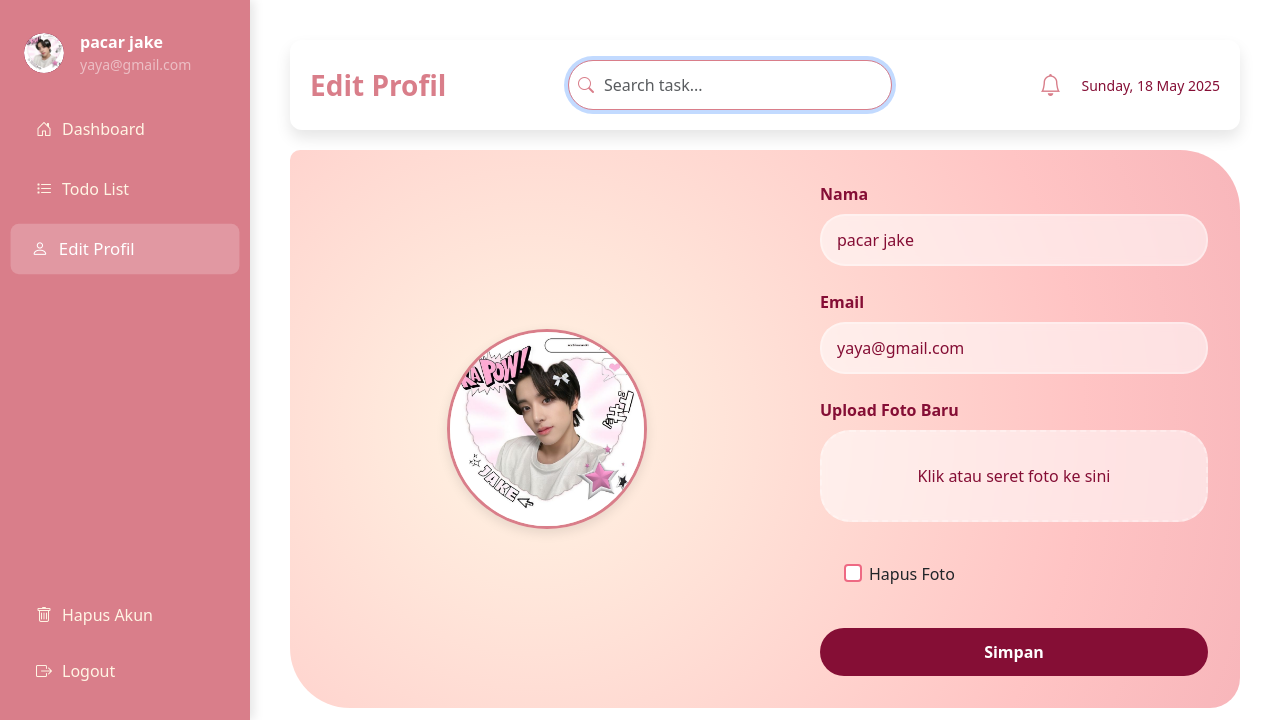
Repository: zhr-nabila/FloTime
Page: http://localhost/profile.php
An editor plug-in stored every save of this project. The page is shown before and after a run of saves, followed by the edit.
The browser window is 1280 px wide. The pictures show the whole page.
The first visible `.header .search-bar input` has the focus.
The page is run by PHP 8.4 with error messages shown; the project is at /var/www/html/. The session is filled in as if someone had signed in: {"email": "yaya@gmail.com", "status": "login", "user_id": 2}. Other server files are loaded and not shown. The database holds what the project's SQL file puts in it.

Above is the page before, as saved 2025-05-18 22:12:07.

### profile.php
<?php
session_start();
include 'koneksi.php';

if (!isset($_SESSION['email'])) {
    header("Location: login.php");
    exit;
}

$email = $_SESSION['email'];
$activePage = 'profile';

// Ambil data user
$query = mysqli_query($conn, "SELECT * FROM users WHERE email = '$email'");
$user = mysqli_fetch_assoc($query);

// Proses update
if ($_SERVER["REQUEST_METHOD"] == "POST") {
    $new_name = mysqli_real_escape_string($conn, $_POST['name']);
    $new_email = mysqli_real_escape_string($conn, $_POST['email']);
    $photo_name = $user['photo']; // default photo lama

    // Upload foto jika ada
    if (isset($_FILES['photo']) && $_FILES['photo']['error'] == 0) {
        $allowed = ['jpg', 'jpeg', 'png', 'gif'];
        $ext = strtolower(pathinfo($_FILES['photo']['name'], PATHINFO_EXTENSION));
        if (in_array($ext, $allowed)) {
            $filename = uniqid() . '.' . $ext;
            move_uploaded_file($_FILES['photo']['tmp_name'], 'uploads/' . $filename);
            // Hapus file lama
            if ($user['photo'] && file_exists('uploads/' . $user['photo'])) {
                unlink('uploads/' . $user['photo']);
            }
            $photo_name = $filename;
        }
    }

    // Hapus foto jika dipilih
    if (isset($_POST['delete_photo']) && $user['photo']) {
        if (file_exists('uploads/' . $user['photo'])) {
            unlink('uploads/' . $user['photo']);
        }
        $photo_name = null;
    }

    $update = mysqli_query($conn, "UPDATE users SET name='$new_name', email='$new_email', photo=" . ($photo_name ? "'$photo_name'" : "NULL") . " WHERE email='$email'");

    if ($update) {
        $_SESSION['email'] = $new_email;
        header("Location: profile.php");
        exit;
    } else {
        $error = "Gagal memperbarui profil.";
    }
}
?>

<!DOCTYPE html>
<html lang="id">

<head>
    <meta charset="UTF-8">
    <title>Edit Profil</title>
    <link rel="stylesheet" href="css/style.css">
    <link rel="stylesheet" href="css/profile.css">
    <link href="https://cdn.jsdelivr.net/npm/bootstrap@5.3.3/dist/css/bootstrap.min.css" rel="stylesheet">
    <link href="https://cdn.jsdelivr.net/npm/bootstrap-icons@1.10.5/font/bootstrap-icons.css" rel="stylesheet">
</head>

<body>

    <?php include 'includes/sidebar.php'; ?>

    <div class="main-content">
        <?php
        $pageTitle = "Edit Profil";
        include 'includes/topbar.php';
        ?>
        <div class="content">
            <!-- KIRI: FOTO PROFIL -->
            <div class="profile-left">
                <?php if ($user['photo']) : ?>
                    <img src="uploads/<?= htmlspecialchars($user['photo']) ?>" alt="Foto Profil" class="photo-user" />
                <?php else : ?>
                    <div class="user-avatar-lg">
                        <?= strtoupper(substr($user['name'] ?: $user['email'], 0, 1)) ?>
                    </div>
                <?php endif; ?>
            </div>

            <!-- KANAN: FORM -->
            <form method="POST" enctype="multipart/form-data" class="form-profile">
                <?php if (isset($error)) : ?>
                    <div class="alert alert-danger"><?= $error ?></div>
                <?php endif; ?>

                <div>
                    <label for="name" class="form-label">Nama</label>
                    <input type="text" name="name" id="name" class="input-profile glass-input" value="<?= htmlspecialchars($user['name']) ?>" required />
                </div>
                <div>
                    <label for="email" class="form-label">Email</label>
                    <input type="email" name="email" id="email" class="input-profile glass-input" value="<?= htmlspecialchars($user['email']) ?>" required />
                </div>
                <div>
                    <label for="photo" class="form-label">Upload Foto Baru</label>
                    <label class="upload-box" for="photo">
                        Klik atau seret foto ke sini
                        <input type="file" name="photo" id="photo" />
                    </label>
                </div>

                <?php if ($user['photo']) : ?>
                    <div class="form-check">
                        <input type="checkbox" class="form-check-input" name="delete_photo" id="hapusFoto" />
                        <label for="hapusFoto">Hapus Foto</label>
                    </div>
                <?php endif; ?>

                <button type="submit" class="btn-primary">Simpan</button>
            </form>

        </div>
    </div>
</body>

</html>

### koneksi.php
<?php
$host = "localhost";
$user = "root";
$pass = "";
$db = "todolist";

$conn = mysqli_connect($host, $user, $pass, $db);

if (!$conn) {
    die("Koneksi gagal: " . mysqli_connect_error());
}

### includes/sidebar.php
<?php
if (!isset($_SESSION)) session_start();
include_once 'koneksi.php';

$email = $_SESSION['email'] ?? '';

// Ambil data user
$query = mysqli_query($conn, "SELECT * FROM users WHERE email = '$email'");
$user = mysqli_fetch_assoc($query);

// Ambil nama dan foto
$name = $user['name'] ?? '';
$avatar = $user['photo'] ?? null; // GUNAKAN 'photo' bukan 'avatar'

// Ambil inisial dari nama jika ada, kalau tidak dari email
$display_name = $name ?: $email;
$initial = strtoupper(substr($display_name, 0, 1));
?>

<div class="sidebar d-flex flex-column">
    <div class="px-4 d-flex align-items-center mb-4">
        <div class="user-avatar">
            <?php if ($avatar && file_exists("uploads/$avatar")): ?>
                <img src="uploads/<?= htmlspecialchars($avatar) ?>" alt="Avatar">
            <?php else: ?>
                <?= $initial ?>
            <?php endif; ?>
        </div>
        <div class="ms-3">
            <div class="fw-semibold"><?= htmlspecialchars($name ?: 'User') ?></div>
            <div class="small text-white-50"><?= htmlspecialchars($email) ?></div>
        </div>
    </div>
    <nav class="nav flex-column px-3">
        <a class="nav-link <?= ($activePage == 'dashboard') ? 'active' : '' ?>" href="dashboard.php">
            <i class="bi bi-house-door"></i> Dashboard
        </a>
        <a class="nav-link <?= ($activePage == 'todo') ? 'active' : '' ?>" href="todo.php">
            <i class="bi bi-list-task"></i> Todo List
        </a>
        <a class="nav-link <?= ($activePage == 'profile') ? 'active' : '' ?>" href="profile.php">
            <i class="bi bi-person"></i> Edit Profil
        </a>
        <a class="nav-link delete-account" href="#" id="deleteAccountBtn">
            <i class="bi bi-trash"></i> Hapus Akun
        </a>

        <a class="nav-link logout" href="logout.php">
            <i class="bi bi-box-arrow-right"></i> Logout
        </a>
    </nav>
</div>

<!-- Modal Hapus Akun -->
<div id="deleteModal">
  <div class="modal-box">
    <h4>Yakin ingin menghapus akun?</h4>
    <p>Aksi ini tidak bisa dibatalkan!</p>
    <form id="deleteAccountForm" method="POST" action="delete_account.php">
        <button type="submit" class="confirm">Ya, Hapus</button>
        <button type="button" class="cancel" onclick="closeModal()">Batal</button>
    </form>
  </div>
</div>

<script>
  const deleteBtn = document.getElementById('deleteAccountBtn');
  const modal = document.getElementById('deleteModal');
  const deleteForm = document.getElementById('deleteAccountForm');

  if (deleteBtn && modal) {
    deleteBtn.addEventListener('click', function(e) {
      e.preventDefault();
      modal.style.display = 'flex';
    });
  }

  function closeModal() {
    modal.style.display = 'none';
  }

  // Handle form submission
  deleteForm.addEventListener('submit', function(e) {
    e.preventDefault();

    fetch('delete_account.php', {
      method: 'POST',
      headers: {
        'Content-Type': 'application/x-www-form-urlencoded',
      },
      body: new URLSearchParams(new FormData(deleteForm))
    })
    .then(response => response.json())
    .then(result => {
      if (result.status === 'success') {
        window.location.href = 'login.php?account_deleted=1';
      } else {
        alert(result.message);
        closeModal();
      }
    })
    .catch(error => {
      console.error('Error:', error);
      alert('Terjadi kesalahan saat menghapus akun');
      closeModal();
    });
  });
</script>

### includes/topbar.php
<div class="header">
    <div class="title"><?= isset($pageTitle) ? htmlspecialchars($pageTitle) : 'Untitled'; ?></div>
    <div class="search-bar">
        <form method="GET" action="todo.php" class="d-flex">
            <input type="text" name="search" class="form-control" placeholder="Search task..." value="<?= isset($_GET['search']) ? htmlspecialchars($_GET['search']) : '' ?>">
            <button type="submit" class="btn"><i class="bi bi-search"></i></button>
        </form>
    </div>

    <div class="notifications">
        <i class="bi bi-bell"></i>
        <div class="date"><?= date('l, d F Y') ?></div>
    </div>
</div>

### css/style.css
@import url('https://fonts.googleapis.com/css2?family=Poppins:wght@500&display=swap');

:root {
    --c0: #ffffff;
    --c1: #E3919F;
    --c2: #E7C0BC;
    --c3: #370808;
    --c4: #D97E8A;
    --c5: #EC9FAB;
    --c6: #000000;
    /* gradient */
    --c7: #850e35;
    --c8: #ee6983;
    --c9: #ffc4c4;
    --c10: #fff5e4;
    --c11: #d1d5db;
}


*:not(input):not(textarea):not([contenteditable="true"]) {
    caret-color: transparent !important;
}

input,
textarea,
[contenteditable="true"] {
    caret-color: auto;
    outline: none;
    padding: 6px 10px;
    border-radius: 5px;
    transition: border 0.2s ease;
}

body {
    background: #f5f8fa;
    font-family: 'Segoe UI', sans-serif;
    margin: 0;
    padding: 0;
    overflow: hidden;
}

html,
body {
    height: 100%;
}


::-webkit-scrollbar {
    display: none;
}

.main-content {
    margin-left: 250px;
    padding: 40px;
    height: 100vh;
    overflow-y: auto;
}


.sidebar {
    height: 100vh;
    background: var(--c4);
    color: var(--c0);
    padding-top: 30px;
    position: fixed;
    width: 250px;
    transition: all 0.3s;
    box-shadow: 4px 0 10px rgba(0, 0, 0, 0.1);
}

.sidebar .nav-link {
    color: var(--c10);
    padding: 12px 20px;
    margin: 6px 0;
    border-radius: 8px;
    display: flex;
    align-items: center;
    gap: 10px;
    transition: all 0.3s ease;
    font-size: 16px;
}

.sidebar .nav-link:hover,
.sidebar .nav-link.active {
    background-color: rgba(255, 255, 255, 0.2);
    color: var(--c0);
    transform: scale(1.05);
}

.sidebar .nav-link.logout {
    color: var(--c10);
    padding: 12px 20px;
    margin:2px 0;
    border-radius: 8px;
    display: flex;
    align-items: center;
    gap: 10px;
    transition: all 0.3s ease;
    font-size: 16px;
}

.sidebar .nav-link.logout:hover {
    background-color: rgba(255, 255, 255, 0.2);
    color: var(--c0);
    transform: scale(1.05);
}

.sidebar .nav-link.delete-account {
  color: var(--c10);
  margin-top: 19.5rem ;
}

.main-content {
    margin-left: 250px;
    padding: 40px;
}

.header {
    display: flex;
    justify-content: space-between;
    align-items: center;
    padding: 20px;
    background: var(--c0);
    border-radius: 12px;
    box-shadow: 0 8px 15px rgba(0, 0, 0, 0.1);
    margin-bottom: 20px;
}

.header .title {
    font-size: 28px;
    font-weight: bold;
    color: var(--c4);
}

.header .search-bar {
    position: relative;
    width: 350px;
}

.header .search-bar input {
    width: 100%;
    padding: 12px 40px 12px 35px;
    border-radius: 25px;
    border: 1px solid var(--c2);
    font-size: 16px;
    transition: border 0.3s;
}

.header .search-bar input:focus {
    border: 1px solid var(--c4);
    outline: none;
}

.header .search-bar i {
    position: absolute;
    top: 50%;
    left: 10px;
    transform: translateY(-50%);
    color: var(--c4);
}

.header .notifications {
    display: flex;
    align-items: center;
    gap: 20px;
}

.header .notifications .bi {
    font-size: 22px;
    cursor: pointer;
    color: var(--c4);
    transition: color 0.3s;
}

.header .notifications .bi:hover {
    color: var(--c7);
}

.card-welcome {
    background: linear-gradient(135deg, var(--c9), var(--c10));
    border-radius: 10px 60px 30px;
    box-shadow: 0 15px 30px rgba(0, 0, 0, 0.1);
    padding: 30px;
    animation: fadeIn 0.6s ease;
    margin-bottom: 30px;
    color: var(--c7);
    border: none;
}

.user-avatar {
    width: 40px;
    height: 40px;
    border-radius: 50%;
    background-color: var(--c7);
    color: var(--c0);
    display: flex;
    align-items: center;
    justify-content: center;
    font-weight: bold;
    font-size: 18px;
    overflow: hidden;
    flex-shrink: 0;
}

.user-avatar img {
    width: 100%;
    height: 100%;
    object-fit: cover;
    border-radius: 50%;
    display: block;
}
.user-avatar {
    width: 40px;
    height: 40px;
    border-radius: 50%;
    background-color: var(--c7);
    color: var(--c0);
    display: flex;
    align-items: center;
    justify-content: center;
    font-weight: bold;
    font-size: 18px;
    overflow: hidden;
    flex-shrink: 0;
}

.user-avatar img {
    width: 100%;
    height: 100%;
    object-fit: cover;
    border-radius: 50%;
    display: block;
}


.date {
    font-size: 14px;
    color: var(--c7);
}

@keyframes fadeIn {
    from {
        opacity: 0;
        transform: translateY(20px);
    }

    to {
        opacity: 1;
        transform: translateY(0);
    }
}

/* Mobile Responsiveness */
@media (max-width: 768px) {
    .sidebar {
        width: 200px;
    }

    .main-content {
        margin-left: 200px;
    }

    .header .title {
        font-size: 24px;
    }

    .header .search-bar {
        width: 250px;
    }
}

/* todo */

.container {
    animation: fadeIn 0.6s ease;
}

.premium-form {
   background: radial-gradient(circle at center, var(--c9), var(--c2), var(--c5));
    background-size: 200% 200%;
    animation: moveGradient 20s ease-in-out infinite alternate;
    border: 2px solid var(--c2);
    border-radius: 12px;
}

@keyframes moveGradient {
   0% {
		background-position: 0% 50%;
	}
	50% {
		background-position: 100% 50%;
	}
	100% {
		background-position: 0% 50%;
	}
}

.btn-gradient {
    background-color: var(--c7);
    color: white;
    border: none;
    transition: 0.3s ease;
    border: 2px solid var(--c7);
    border-radius: 10px;
    padding: 10px;
}

.btn-gradient:hover {
    transform: scale(1.02);
    background-color: transparent;
    color: var(--c7);
    border: 2px solid var(--c7);
    box-shadow: 0 4px 8px rgba(0, 0, 0, 0.15);
}

.form-control-sm {
    font-size: 14px;
    padding: 0.8rem 1rem;
    border: none;
    color: var(--c7);
}

.form-control-sm:focus{
    color: var(--c7);
}

.form-label {
    color: var(--c7);
}

.glass-input {
    background: rgba(255, 255, 255, 0.550) !important;
    border: 2px solid rgba(255, 255, 255, 0.3) !important;
    backdrop-filter: blur(5px);
    color: var(--c7);
    transition: all 0.3s ease;
    padding: 12px 15px !important;
    border-radius: 25px;
}

.glass-input:focus {
    background: rgba(255, 255, 255, 0.550) !important;
    border-color: rgba(255, 255, 255, 0.5) !important;
    box-shadow: 0 0 0 0.25rem rgba(238, 105, 131, 0.25);
    color: var(--c7);
}

.premium-table th {
    font-weight: 600;
    background-color: var(--c9);
    color: var(--c7);
}

.premium-table td {
    vertical-align: middle;
    padding-top: 16px;
    padding-bottom: 16px;
    font-size: 15px;
}

.table-hover tbody tr:hover {
    background-color: #fdf2f2;
    transition: 0.3s;
}

.table td,
.table th {
    text-align: center;
    color: var(--c7);
}

.btn-icon {
    width: 38px;
    height: 38px;
    padding: 0;
    border-radius: 50%;
    display: inline-flex;
    align-items: center;
    justify-content: center;
    font-size: 1.1rem;
    transition: all 0.3s ease-in-out;
}

.btn-icon:hover {
    box-shadow: 0 0 10px rgba(100, 180, 255, 0.4);
    transform: scale(1.08);
}

/* Completed task styles */
.completed-task {
    background-color: rgba(0, 200, 83, 0.05);
}

.completed-task td {
    color: #6c757d;
    opacity: 0.8;
}

.text-decoration-line-through {
    text-decoration: line-through;
}

/* Undo button styles */
.btn-outline-secondary {
    border-color: #6c757d;
    color: #6c757d;
}

.btn-outline-secondary:hover {
    background-color: #f8f9fa;
    border-color: #5a6268;
    color: #5a6268;
}

/* Hover effect for completed tasks */
.completed-task:hover {
    background-color: rgba(0, 200, 83, 0.08) !important;
}


/* MODAL BACKGROUND */
#deleteModal {
  display: none;
  position: fixed;
  top: 0; left: 0;
  width: 100%; height: 100%;
  backdrop-filter: blur(4px);
  background-color: rgba(0, 0, 0, 0.4);
  justify-content: center;
  align-items: center;
  z-index: 9999;
}

/* MODAL BOX */
#deleteModal .modal-box {
  background: #37080867;
  backdrop-filter: blur(5px);
  padding: 30px 25px;
  border-radius: 12px;
  box-shadow: 0 8px 20px rgba(0,0,0,0.2);
  max-width: 350px;
  text-align: center;
  color: var(--c7);
  animation: smoothPop 0.3s ease;
}

/* TITLE */
#deleteModal h4 {
  margin-bottom: 10px;
  color: var(--c0);
  font-size: 20px;
  font-weight: bold;
}

/* DESCRIPTION */
#deleteModal p {
  font-size: 14px;
  color: var(--c0);
  margin-bottom: 20px;
}

/* BUTTON STYLE */
#deleteModal button {
  padding: 10px 18px;
  border: none;
  border-radius: 6px;
  cursor: pointer;
  font-weight: 500;
  font-size: 14px;
  transition: all 0.2s ease;
}

#deleteModal button.confirm {
  background: var(--c8);
  color: var(--c0);
  margin-right: 10px;
  border-radius: 25px;
}

#deleteModal button.confirm:hover {
  background: var(--c7);
}

#deleteModal button.cancel {
  background: var(--c10);
  color: var(--c3);
  border-radius: 25px;
}

#deleteModal button.cancel:hover {
  background: var(--c2);
}

/* ANIMATION
@keyframes fadeIn {
  from { opacity: 0; transform: scale(0.9); }
  to { opacity: 1; transform: scale(1); }
} */

@keyframes smoothPop {
  0% { opacity: 0; transform: scale(0.9); }
  100% { opacity: 1; transform: scale(1); }
}

### css/profile.css
:root {
  --c0: #ffffff;
  --c1: #E3919F;
  --c2: #E7C0BC;
  --c3: #370808;
  --c4: #D97E8A;
  --c5: #EC9FAB;
  --c6: #000000;
  /* gradient */
  --c7: #850e35;
  --c8: #ee6983;
  --c9: #ffc4c4;
  --c10: #fff5e4;
  --c11: #d1d5db;
}

*:not(input):not(textarea):not([contenteditable="true"]) {
  caret-color: transparent !important;
}

input,
textarea,
[contenteditable="true"] {
  caret-color: auto;
  outline: none;
  padding: 6px 10px;
  border-radius: 5px;
  transition: border 0.2s ease;
}


body {
  background-color: #f0f2f5;
  font-family: 'Segoe UI', Tahoma, Geneva, Verdana, sans-serif;
  color: var(--c6);
  overflow: hidden;
}

html,
body {
    height: 100%;
}


::-webkit-scrollbar {
    display: none;
}


.main-content {
  display: flex;
  flex-direction: column;
  min-height: 100vh;
}

.content {
  display: flex;
  padding: 2rem;
  gap: 3rem;
  flex-grow: 1;
  border-radius: 10px 60px 30px;
  animation: fadeIn 0.6s ease, moveGradient 20s ease-in-out infinite alternate;
    background: radial-gradient(circle at center, var(--c10), var(--c9), var(--c5));
  background-size: 200% 200%;
}

.profile-left {
  display: flex;
  flex-direction: column;
  align-items: center;
  justify-content: center;
  gap: 1rem;
  width: 450px;
}

.photo-user {
  width: 200px;
  height: 200px;
  border-radius: 50%;
  object-fit: cover;
  border: 3px solid var(--c4);
  box-shadow: 0 4px 12px rgba(0, 0, 0, 0.1);
}

.user-avatar-lg {
  width: 200px;
  height: 200px;
  border-radius: 50%;
  background-color: var(--c7);
  color: var(--c0);
  display: flex;
  align-items: center;
  justify-content: center;
  font-size: 3.5rem;
  font-weight: bold;
  border: 3px solid var(--c4);
  box-shadow: 0 4px 12px rgba(0, 0, 0, 0.1);
}

.form-profile {
  flex-grow: 1;
  display: flex;
  flex-direction: column;
  gap: 1.5rem;
  max-width: 500px;
}

.form-label {
  font-weight: 600;
  color: var(--c7);
  margin-bottom: 0.5rem;
  display: block;
}

.input-profile {
  width: 100%;
  padding: 0.75rem 1rem;
  border: 1px solid var(--c11);
  border-radius: 30px;
  background-color: var(--c0);
  font-size: 1rem;
  transition: all 0.3s ease;
}

.input-profile:focus {
  outline: none;
  border-color: var(--c7);
  box-shadow: 0 0 0 3px rgba(133, 14, 53, 0.2);
}

.upload-box {
  display: flex;
  align-items: center;
  justify-content: center;
  padding: 2rem;
  border: 2px dashed rgba(255, 255, 255, 0.3);
  border-radius: 30px;
   background-color: rgba(255, 255, 255, 0.550) ;
   backdrop-filter: blur(5px);
   color: var(--c7);
  cursor: pointer;
  text-align: center;
  transition: all 0.3s ease;
  position: relative;
}

.upload-box:hover {
  border-color: var(--c7);
  background-color: var(--c2);
}

.upload-box input[type="file"] {
  position: absolute;
  width: 100%;
  height: 100%;
  top: 0;
  left: 0;
  opacity: 0;
  cursor: pointer;
}

.glass-input {
    background: rgba(255, 255, 255, 0.550) !important;
    border: 2px solid rgba(255, 255, 255, 0.3) !important;
    backdrop-filter: blur(5px);
    color: var(--c7);
    transition: all 0.3s ease;
    padding: 12px 15px !important;
    border-radius: 25px;
}

.glass-input:focus {
    background: rgba(255, 255, 255, 0.550) !important;
    border-color: rgba(255, 255, 255, 0.5) !important;
    box-shadow: 0 0 0 0.25rem rgba(238, 105, 131, 0.25);
    color: var(--c7);
}

.btn-primary {
  background-color: var(--c7);
  color: var(--c0);
  border: none;
  padding: 0.75rem;
  border-radius: 30px;
  font-weight: 600;
  font-size: 1rem;
  cursor: pointer;
  transition: 0.3s ease;
  margin-top: 1rem;
}

.btn-primary:hover {
  background-color: var(--c8);
  transform: scale(1.02);
  box-shadow: 0 4px 12px rgba(133, 14, 53, 0.3);
}

.form-check {
  display: flex;
  align-items: center;
  gap: 0.5rem;
  margin-top: 1rem;
}

.form-check-input {
  display: none;
}

.form-check label {
  position: relative;
  padding-left: 25px;
  cursor: pointer;
  line-height: 20px;
  display: inline-block;
}

/* Kotak checkbox buatan */
.form-check label::before {
  content: '';
  position: absolute;
  left: 0;
  top: 0;
  width: 18px;
  height: 18px;
  border: 2px solid var(--c8); /* warna border */
  background: var(--c0);
  border-radius: 4px;
}

/* Centang saat dicentang */
.form-check-input:checked + label::after {
  content: '✔';
  position: absolute;
  left: 0;
  top: 0;
  color: var(--c0);
  font-size: 14px;
  background-color: var(--c8); /* warna checkbox aktif */
  width: 18px;
  height: 18px;
  text-align: center;
  line-height: 18px;
  border-radius: 4px;
}

.alert {
  border-radius: 30px;
  padding: 0.75rem 1rem;
}

@media (max-width: 768px) {
  .content {
      flex-direction: column;
      align-items: center;
  }

  .profile-left {
      width: 100%;
      margin-bottom: 2rem;
  }

  .form-profile {
      width: 100%;
  }
}


@keyframes moveGradient {
  0% {
    background-position: 0% 50%;
  }

  50% {
    background-position: 100% 50%;
  }

  100% {
    background-position: 0% 50%;
  }
}

### todolist.sql (the tables this page reads)
CREATE TABLE `users` (
  `id` int(11) NOT NULL,
  `email` varchar(255) NOT NULL,
  `name` varchar(100) DEFAULT NULL,
  `password` varchar(255) NOT NULL,
  `photo` varchar(255) DEFAULT NULL
) ENGINE=InnoDB DEFAULT CHARSET=utf8mb4 COLLATE=utf8mb4_general_ci;

INSERT INTO `users` (`id`, `email`, `name`, `password`, `photo`) VALUES
(2, 'yaya@gmail.com', 'pacar jake', '1234', '682bf641de05a.jpeg');

ALTER TABLE `users`
  ADD PRIMARY KEY (`id`),
  ADD UNIQUE KEY `email` (`email`);

ALTER TABLE `users`
  MODIFY `id` int(11) NOT NULL AUTO_INCREMENT, AUTO_INCREMENT=4;

After the next 2 saves:
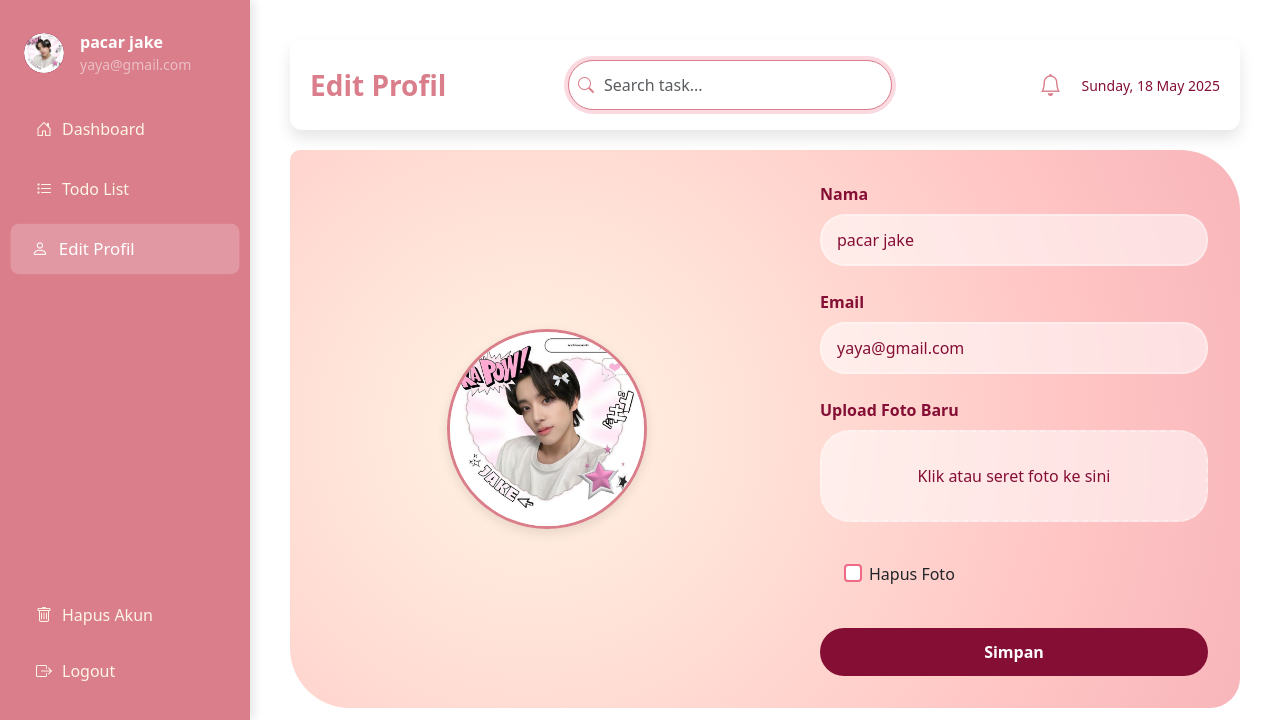
The 2 saves are shown as one change because they came seconds apart.
The last was saved 76 s later.
--- a/css/style.css
+++ b/css/style.css
@@ -147,6 +147,7 @@ body {
 }
 
 .header .search-bar input:focus {
+    box-shadow: 0 0 0 0.25rem rgba(238, 105, 131, 0.25);
     border: 1px solid var(--c4);
     outline: none;
 }
